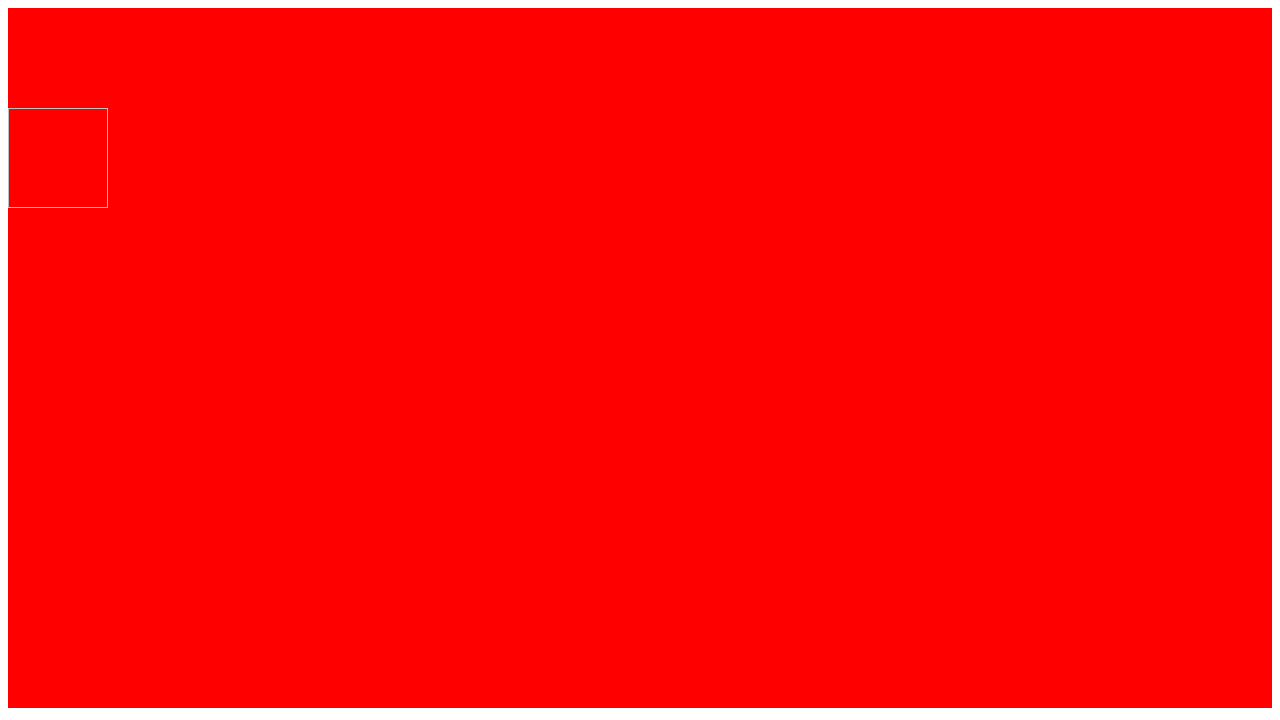
Repository: DNoel26/My_Dev_Portfolio
Page: index.html
These files come from the project's save history. The page is drawn as it stood at one moment and after a run of saves; the edit follows.
The browser window is 1280 px wide. The pictures show the whole page.

Above is the page before, as saved 2021-01-23 03:32:03.

After the next 2 saves:
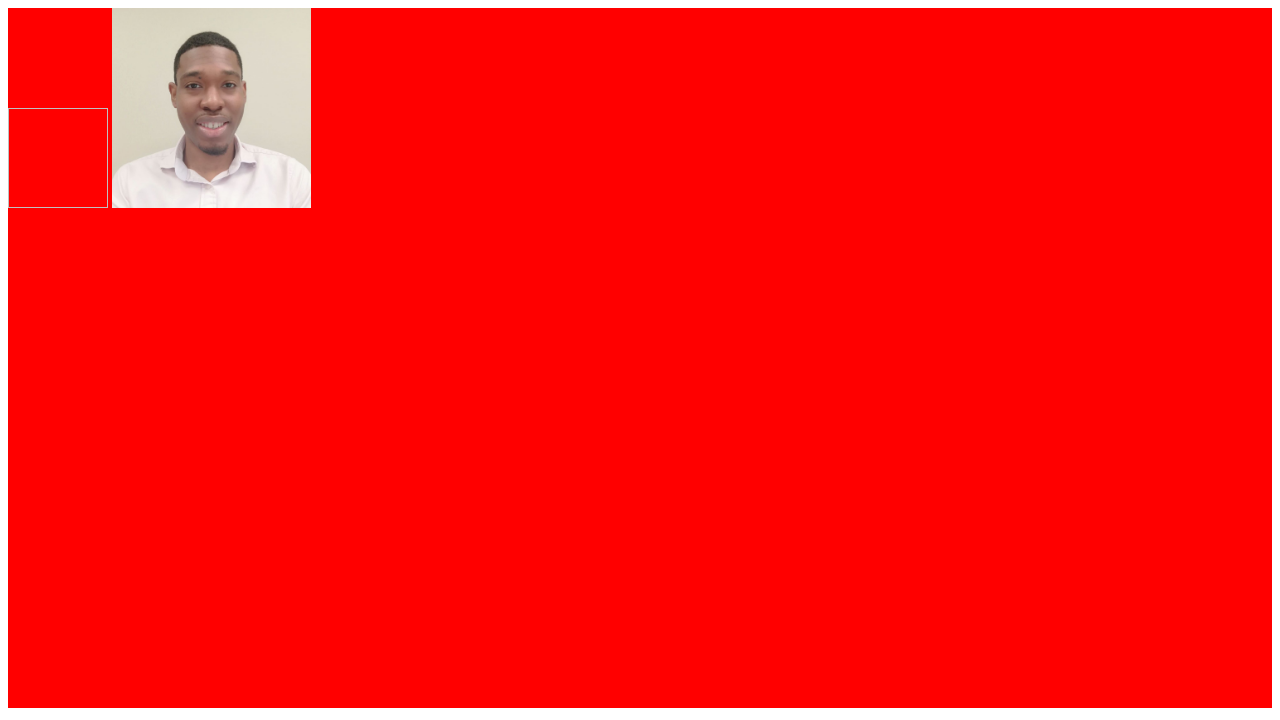
The 2 saves are shown as one change because they came seconds apart.
The last was saved 22 s later.
--- a/css/style.css
+++ b/css/style.css
@@ -10,11 +10,6 @@
 
 svg {
     height: 100%;
-
-}
-
-svg path {
     background: url("../img/profile_pic.jpg") no-repeat;
     background-size: contain;
-    background-color: unset;
 }

After the save that followed:
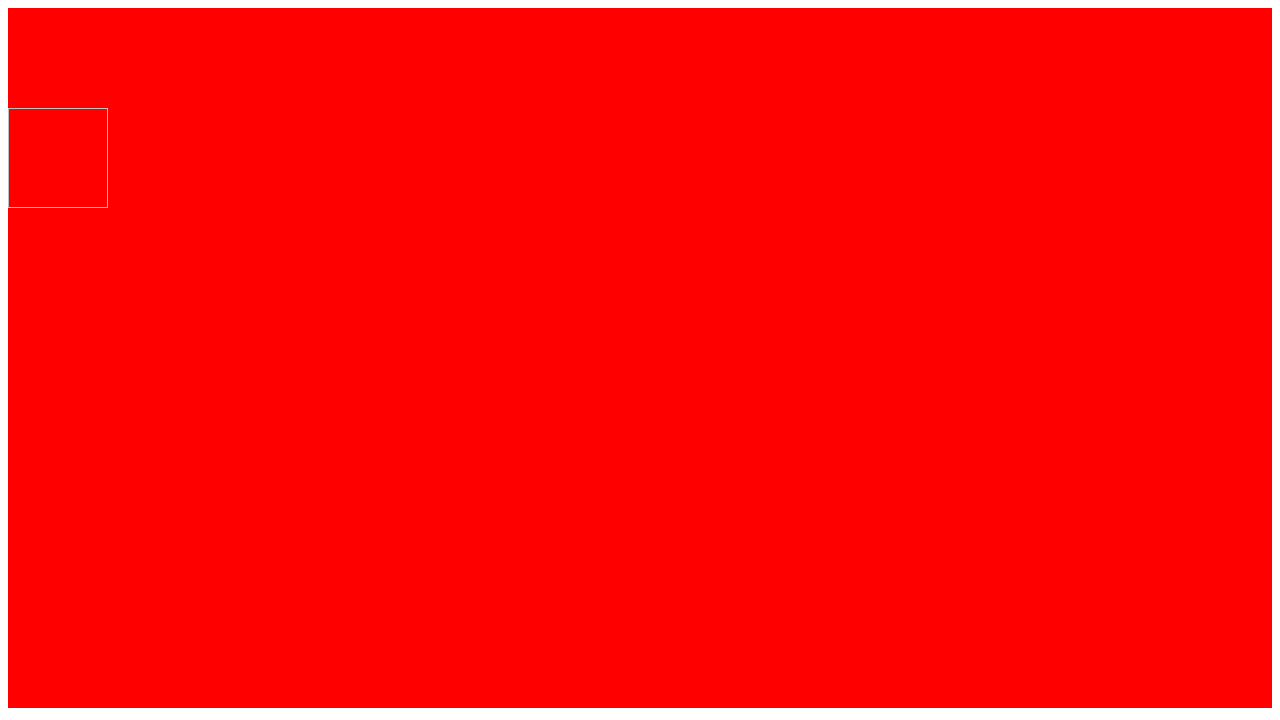
Saved 14 s later.
--- a/css/style.css
+++ b/css/style.css
@@ -10,6 +10,6 @@
 
 svg {
     height: 100%;
-    background: url("../img/profile_pic.jpg") no-repeat;
+
     background-size: contain;
 }
